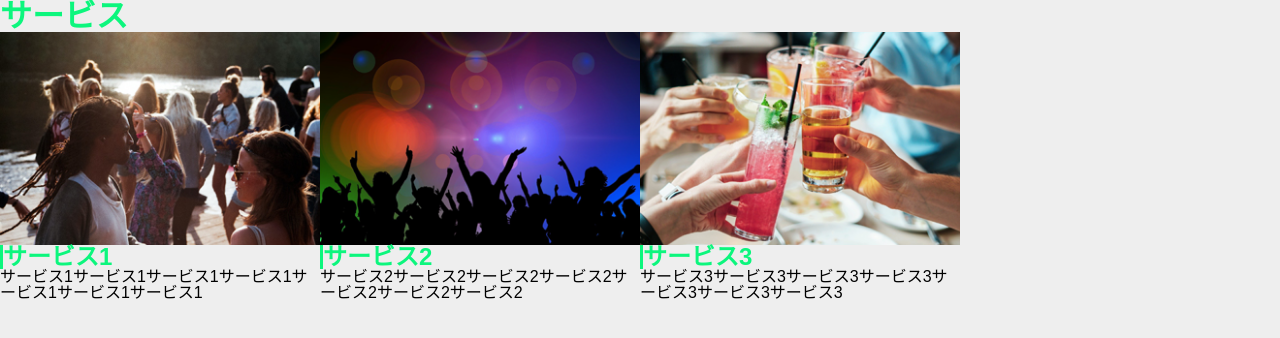
Repository: sonoyama01/dezasuta
Page: 第３回課題/work2/index.html
An editor plug-in stored every save of this project. The page is shown before and after the next save, followed by the edit.
The browser window is 1280 px wide. The pictures show the whole page.

Above is the page before, as saved 2024-04-27 22:34:34.

After the next save:
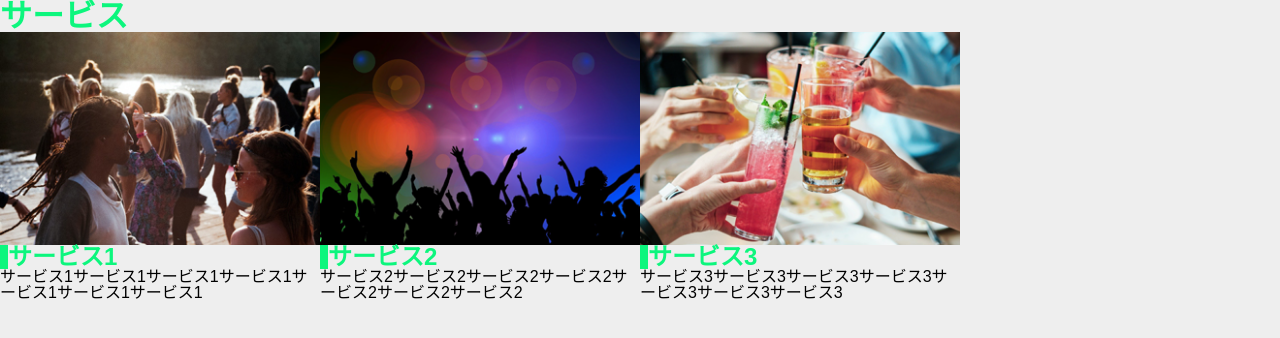
Saved 18 s later.
--- a/第３回課題/work2/css/style.css
+++ b/第３回課題/work2/css/style.css
@@ -10,7 +10,7 @@ h1 {
 
 h2 {
   color: rgb(12, 246, 125);
-  border-left: 3px solid rgb(12, 246, 125);
+  border-left: 8px solid rgb(12, 246, 125);
 }
 .box {
   display: flex;
